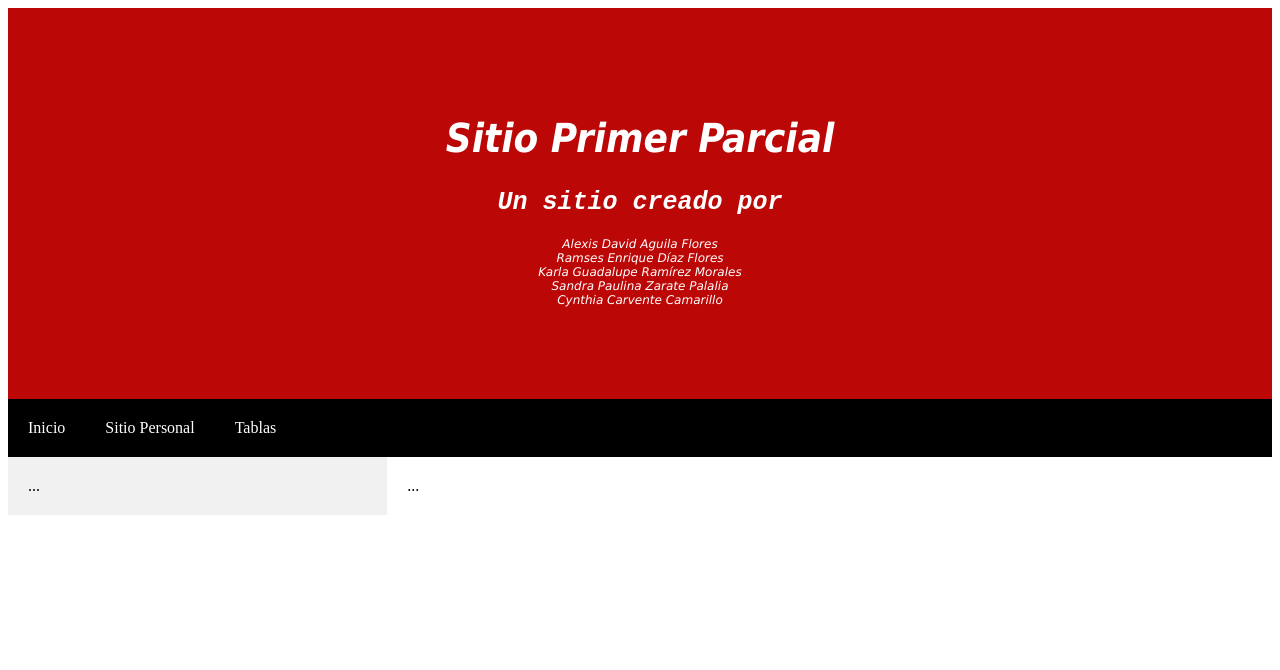
Repository: Dogueen/miniProyectoUniversidad
Page: miniProyecto/miniProyecto.html
An editor plug-in stored every save of this project. The page is shown before and after the next save, followed by the edit.
The browser window is 1280 px wide. The pictures show the whole page.

Above is the page before, as saved 2023-10-27 17:20:36.

### miniProyecto/miniProyecto.html
<!DOCTYPE html>
<html lang="es">

    <head>
        <title>Ejemplo de un Website</title>
        <meta charset="UTF-8">
        <meta name="viewport" content="width=device-width, initial-scale=1">
        <link rel="stylesheet" type="text/css" href="styles/styles.css" />

        <style>
     </style>
    </head>

    <body>
        <div class="header">
            <h1>Sitio Primer Parcial</h1>
            <h2> Un sitio creado por</h2>
            <dl>
                <dt>Alexis David Aguila Flores</dt>
                <dt>Ramses Enrique Díaz Flores</dt>
                <dt>Karla Guadalupe Ramírez Morales</dt>
                <dt>Sandra Paulina Zarate Palalia</dt>
                <dt>Cynthia Carvente Camarillo</dt>
            </dl>
        </div>

        <div class="navbar">
            <a href="#">Inicio</a>
            <a href="#">Sitio Personal</a>
            <a href="#">Tablas</a>
        </div>

        <div class="row">
            <div class="side">...</div>
            <div class="main">...</div>
        </div>

    </body>

</html>

### miniProyecto/styles/styles.css
.body {
    background-image: url("images/bg-img.jpg");
}

.header {
    padding: 80px;
    /* some padding */
    text-align: center;
    /* center the text */
    background: #bc0707;
    /* green background */
    color: white;
    /* white text color */
}

/* Increase the font size of the <h1> element */
.header h1  {
    font-size: 40px;
    font-style: italic ;
    font-family: Tahoma ;

}

.header h2  {
    font-size: 25px;
    font-style: italic ;
    font-family: monospace;

}

.header dl  {
    font-size: 12px;
    font-style: italic ;
    font-family: Verdana, Geneva, Tahoma, sans-serif;

}

/* Style the top navigation bar */
.navbar {
    overflow: hidden;
    /* Hide overflow */
    background-color: #000000;
    /* Dark background color */
}

/* Style the navigation bar links */
.navbar a {
    float: left;
    /* Make sure that the links stay side-by-side */
    display: block;
    /* Change the display to block, for responsive reasons (see below) */
    color: white;
    /* White text color */
    text-align: center;
    /* Center the text */
    padding: 20px 20px;
    /* Add some padding */
    text-decoration: none;
    /* Remove underline */
}



/* Change color on hover/mouse-over */
.navbar a:hover {
    background-color: #ddd;
    /* Grey background color */
    color: black;
    /* Black text color */
}

/* Ensure proper sizing */
* {
    box-sizing: border-box;
}

/* Column container */
.row {
    display: flex;
    flex-wrap: wrap;
}

/* Create two unequal columns that sits next to each other */
/* Sidebar/left column */
.side {
    flex: 30%;
    /* Set the width of the sidebar */
    background-color: #f1f1f1;
    /* Grey background color */
    padding: 20px;
    /* Some padding */
}

/* Main column */
.main {
    flex: 70%;
    /* Set the width of the main content */
    background-color: white;
    /* White background color */
    padding: 20px;
    /* Some padding */
}

/* Responsive layout - when the screen is less than 700px wide, make the two columns stack on top of each other instead of next to each other */
@media screen and (max-width: 700px) {
    .row {
      flex-direction: column;
    }
  }

  /* Responsive layout - when the screen is less than 400px wide, make the navigation links stack on top of each other instead of next to each other */
  @media screen and (max-width: 400px) {
    .navbar a {
      float: none;
      width: 100%;
    }
  }

After the next save:
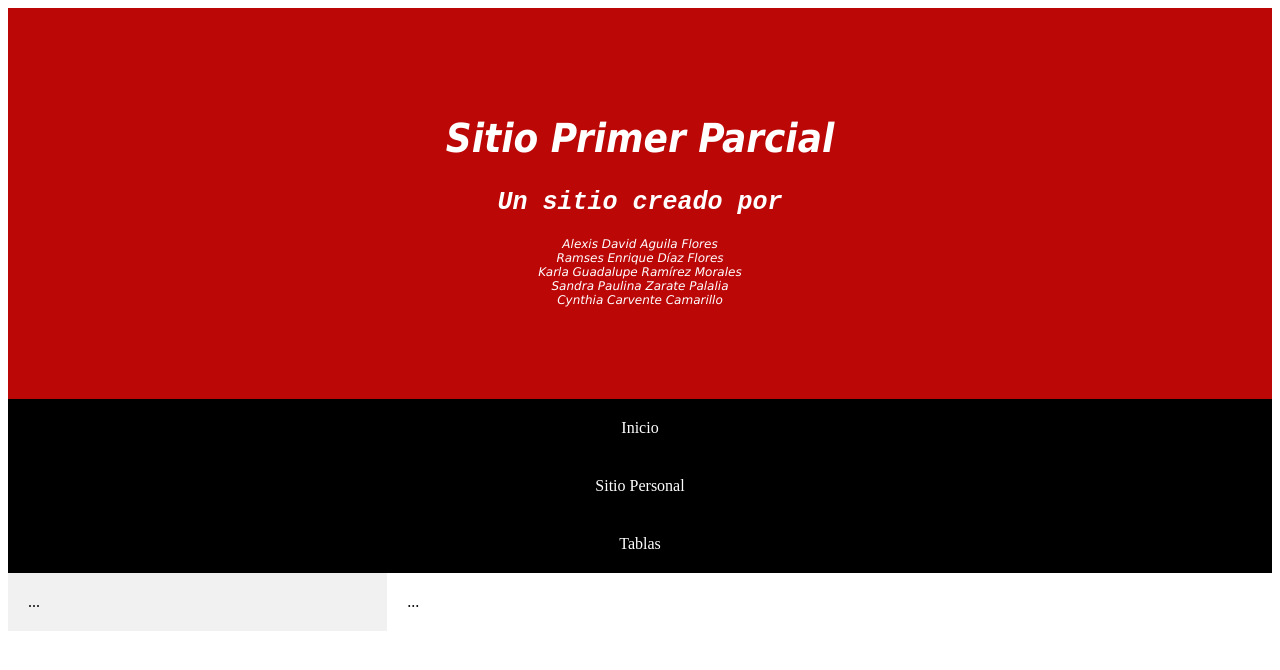
Saved 18 s later.
--- a/miniProyecto/styles/styles.css
+++ b/miniProyecto/styles/styles.css
@@ -45,7 +45,7 @@
 
 /* Style the navigation bar links */
 .navbar a {
-    float: left;
+    float: center;
     /* Make sure that the links stay side-by-side */
     display: block;
     /* Change the display to block, for responsive reasons (see below) */

After the 2 saves that followed:
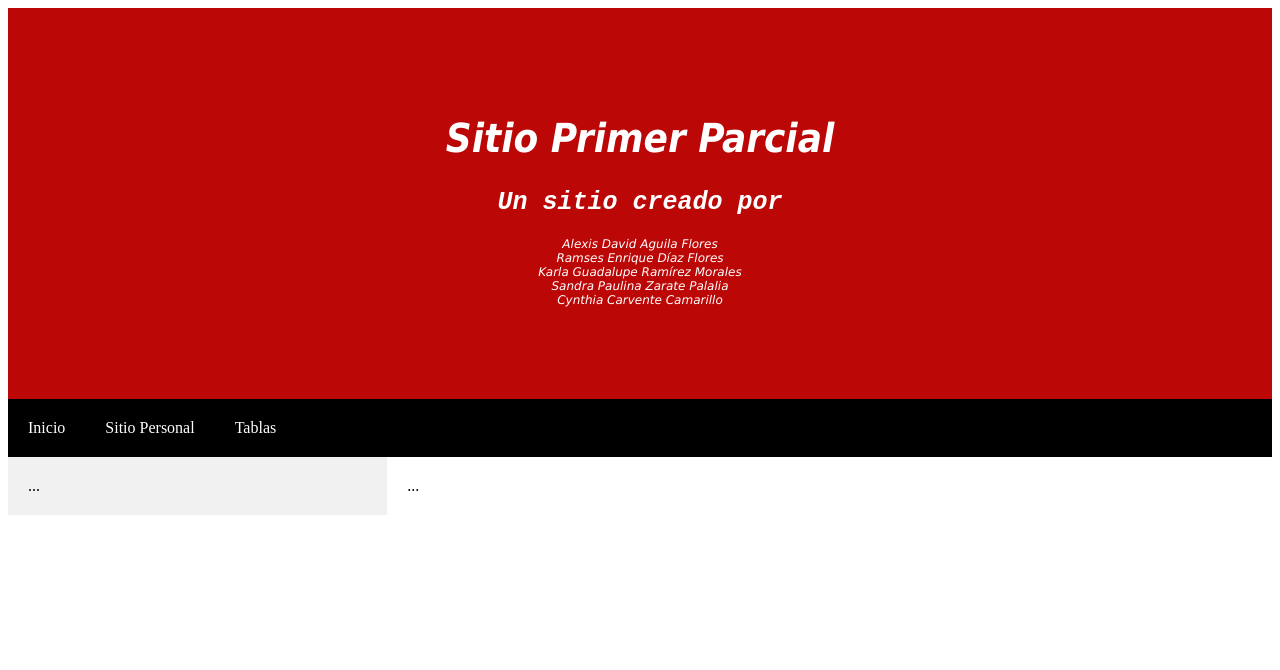
The 2 saves are shown as one change because 1 left the picture as it was.
The last was saved 96 s later.
--- a/miniProyecto/styles/styles.css
+++ b/miniProyecto/styles/styles.css
@@ -45,7 +45,7 @@
 
 /* Style the navigation bar links */
 .navbar a {
-    float: center;
+    float: inline-start;
     /* Make sure that the links stay side-by-side */
     display: block;
     /* Change the display to block, for responsive reasons (see below) */
